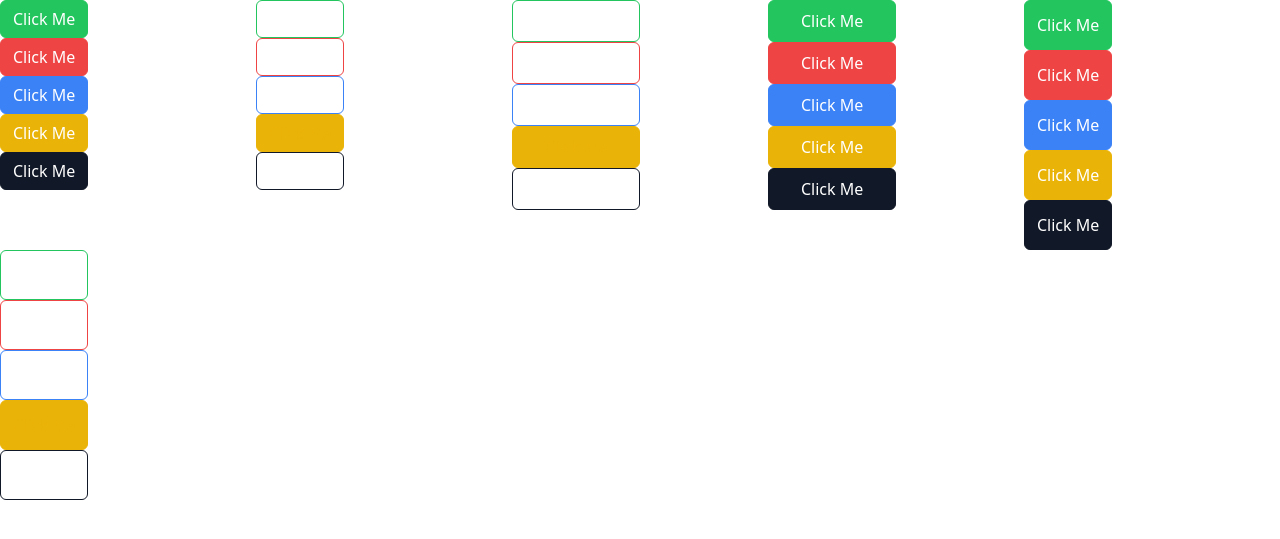
Repository: Marhamat92/reactroutefromstephen
Page: /
The author's editor kept a copy of each file at every save. The page is drawn from the files as they stood at one save, then again after the next save.
The browser window is 1280 px wide. The pictures show the whole page.
The project was rebuilt for these pictures with package versions that can differ from the ones it lists, and the page was loaded fresh each time. Also part of the build but not shown: src/App.css.

Above is the page before, as saved 2022-12-21 16:06:40.

After the next save:
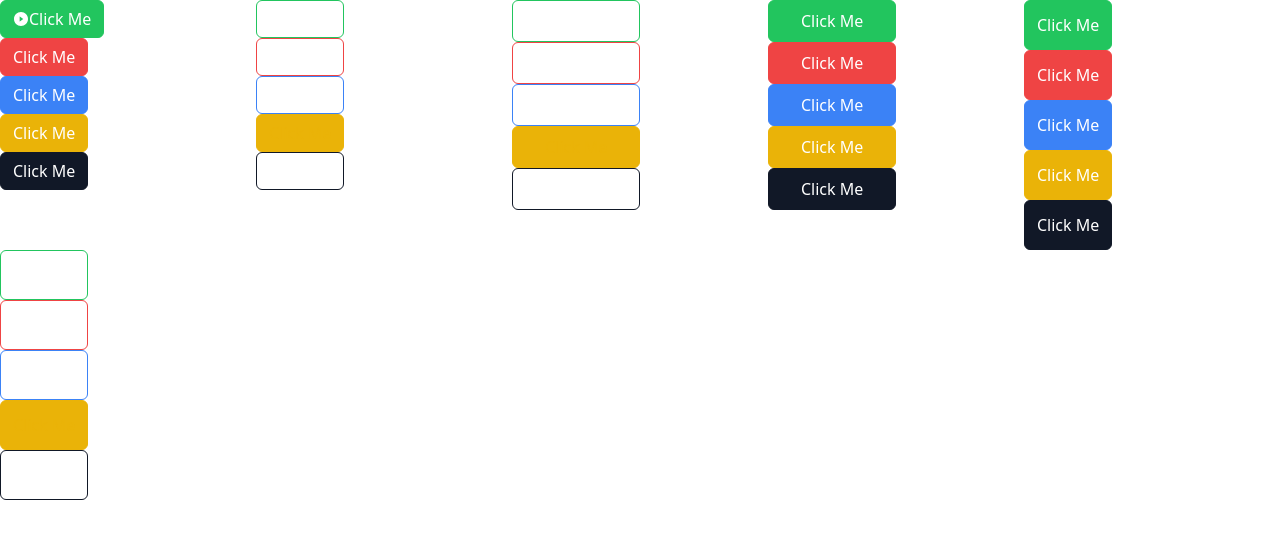
Saved 27 min 23 s later.
--- a/src/App.tsx
+++ b/src/App.tsx
@@ -1,6 +1,7 @@
 import React from "react";
 import "./App.css";
 import Button from "./components/Buttons/Button";
+import { AiFillPlayCircle } from "react-icons/ai";
 
 function App() {
   const buttonClick = () => {
@@ -12,6 +13,7 @@ function App() {
       <div className='grid grid-cols-5'>
         <div className='lg:col-span-1'>
           <Button onClick={buttonClick} rounded success>
+            <AiFillPlayCircle />
             Click Me
           </Button>
           <Button rounded danger>
